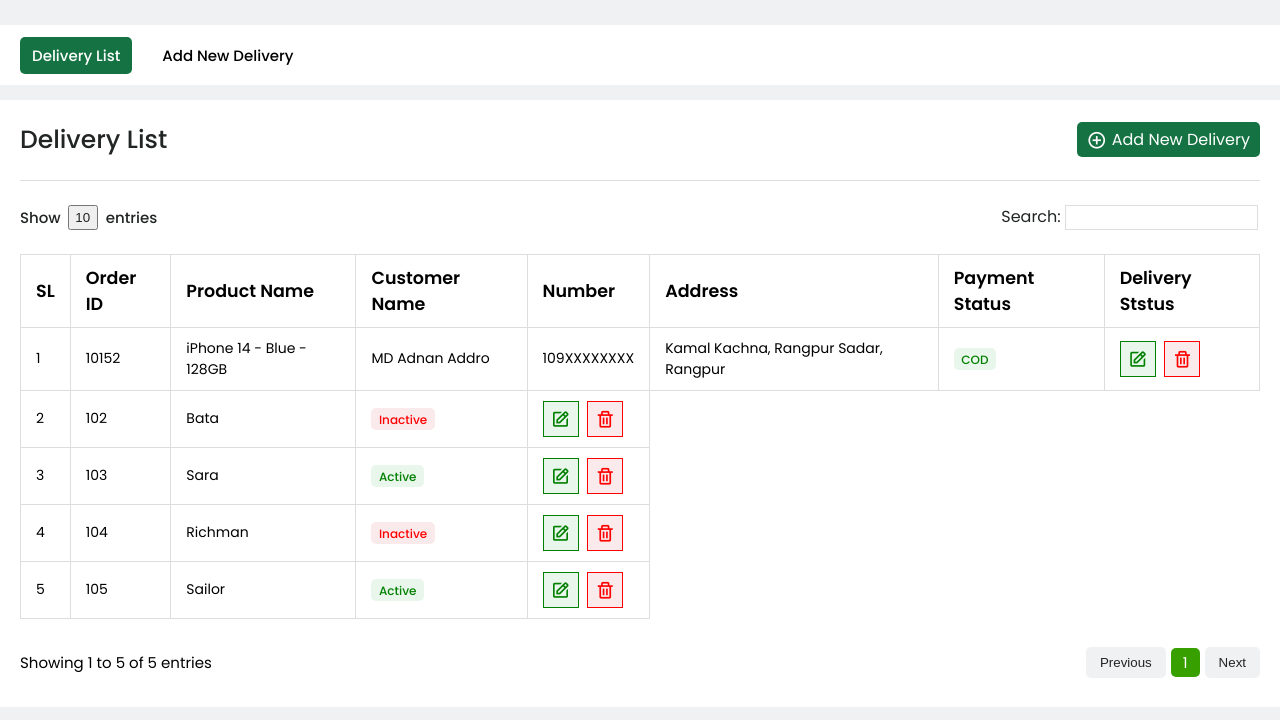
Repository: codebyaddro/delivery-page
Page: delivery.html
These files come from the project's save history. The page is drawn as it stood at one moment and after a run of saves; the edit follows.
The browser window is 1280 px wide. The pictures show the whole page.

Above is the page before, as saved 2025-02-27 13:56:32.

### delivery.html
<!DOCTYPE html>
<html lang="en">
<head>
    <meta charset="UTF-8">
    <meta name="viewport" content="width=device-width, initial-scale=1.0">
    <link rel="stylesheet" href="/delivery.css">
    <link href='https://unpkg.com/boxicons@2.1.4/css/boxicons.min.css' rel='stylesheet'>
    <title>Document</title>
</head>
<body>
    <div class="brand-container">
        <div class="top-menus">
            <ul>
                <li><a href="/index.html" class="active-menu">Delivery List</a></li>
                <li><a href="/inner-page/html/anb.html" class="light-up">Add New Delivery</a></li>
            </ul>
        </div>
        <div class="list-container">
            <div class="heading-add-new-btn">
                <div class="heading">
                    <h2>Delivery List</h2>
                </div>
                <div class="add-new-btn">
                    <i class='add-icon bx bx-plus-circle'></i>
                    <a href="/inner-page/html/anb.html">Add New Delivery</a>
                </div>
            </div>
            <div class="list-short-dpdwn-search-box">
                <div class="list-short-dpdwn">
                    <h3>Show</h3>
                    <select name="10" id="">
                        <option value="">10</option>
                        <option value="">20</option>
                        <option value="">30</option>
                        <option value="">All</option>
                    </select>
                    <h3>entries</h3>
                </div>
                <div class="search-box">
                    <legend>Search: <input type="text"></legend>
                </div>
            </div>
            <div class="table-list">
                <table>
                    <thead>
                        <tr>
                            <th title="SL">SL</th>
                            <th title="Code">Order ID</th>
                            <th title="Code">Product Name</th>
                            <th title="Code">Customer Name</th>
                            <th title="Category Name">Number</th>
                            <th title="Category Name">Address</th>
                            <th title="Status">Payment Status</th>
                            <th title="Action">Delivery Ststus</th>
                        </tr>
                    </thead>
                    <tbody>
                        <tr>
                            <td>1</td>
                            <td>10152</td>
                            <td>iPhone 14 - Blue - 128GB</td>
                            <td>MD Adnan Addro</td>
                            <td>109XXXXXXXX</td>
                            <td>Kamal Kachna, Rangpur Sadar, Rangpur</td>
                            <td><span class="active">COD</span></td>
                            <td>
                                <a title="Edit" href="#"><i class='edit-icon bx bx-edit'></i></a>
                                <a title="Delete" href="#"><i class='delete-icon bx bx-trash'></i></a>
                            </td>
                        </tr>
                        <tr>
                            <td>2</td>
                            <td>102</td>
                            <td>Bata</td>
                            <td><span class="inactive">Inactive</span></td>
                            <td>
                                <a title="Edit" href="#"><i class='edit-icon bx bx-edit'></i></a>
                                <a title="Delete" href="#"><i class='delete-icon bx bx-trash'></i></a>
                            </td>
                        </tr>
                        <tr>
                            <td>3</td>
                            <td>103</td>
                            <td>Sara</td>
                            <td><span class="active">Active</span></td>
                            <td>
                                <a title="Edit" href="#"><i class='edit-icon bx bx-edit'></i></a>
                                <a title="Delete" href="#"><i class='delete-icon bx bx-trash'></i></a>
                            </td>
                        </tr>
                        <tr>
                            <td>4</td>
                            <td>104</td>
                            <td>Richman</td>
                            <td><span class="inactive">Inactive</span></td>
                            <td>
                                <a title="Edit" href="#"><i class='edit-icon bx bx-edit'></i></a>
                                <a title="Delete" href="#"><i class='delete-icon bx bx-trash'></i></a>
                            </td>
                        </tr>
                        <tr>
                            <td>5</td>
                            <td>105</td>
                            <td>Sailor</td>
                            <td><span class="active">Active</span></td>
                            <td>
                                <a title="Edit" href="#"><i class='edit-icon bx bx-edit'></i></a>
                                <a title="Delete" href="#"><i class='delete-icon bx bx-trash'></i></a>
                            </td>
                        </tr>
                    </tbody>
                </table>
            </div>
            <div class="entries-details-list-page-btn">
                <div class="entries-details">
                    Showing <span>1</span> to <span>5</span> of <span>5</span> entries
                </div>
                <div class="list-page-btn">
                    <button>Previous</button>
                    <h4><span>1</span></h4>
                    <button>Next</button>
                </div>
            </div>
        </div>
    </div>
</body>
</html>

### delivery.css
/* -- fonts -- */
@import url('https://fonts.googleapis.com/css2?family=Poppins:ital,wght@0,100;0,200;0,300;0,400;0,500;0,600;0,700;0,800;0,900;1,100;1,200;1,300;1,400;1,500;1,600;1,700;1,800;1,900&family=Raleway:ital,wght@0,100..900;1,100..900&family=Roboto:ital,wght@0,100;0,300;0,400;0,500;0,700;0,900;1,100;1,300;1,400;1,500;1,700;1,900&family=VT323&display=swap');

/* -- root -- */

:root {
    --gray-white: #F0F1F2;
    --white: #FFFFFF;
    --black: #000000;
    --gray-black: #DDDDDD;
    --light-black: #212523;
    --light-black-op: #21252350;
    --main-green: #157343;
    --main-light: #37A000;
    --light-orange: #FD7E14;
    --green: #008000;
    --light-green: #e9f6ec;
    --red: #FF0000;
    --light-red: #fbeaec;
}

/* ---------- */

* {
    box-sizing: border-box;
}

body {
    margin: 0;
    padding: 0;
    font-family: "Poppins", serif;
    background-color: var(--gray-white);
}

::selection {
    color: var(--white);
    background-color: var(--main-light);
}

/* -- category container style -- */

.brand-container {
    width: 100%;
    margin-top: 25px;
}

/* -- top menus style--  */

.top-menus {
    background-color: var(--white);
    display: flex;
    justify-content: left;
    align-items: center;
    height: 60px;
    margin-bottom: 15px;
}

.top-menus ul {
    list-style-type: none;
    display: flex;
    gap: 30px;
    margin-left: -20px;
}

.top-menus ul li a {
    text-decoration: none;
    color: var(--black);
    font-size: 15px;
    font-weight: 500;
}

/* -- active menu style -- */

.active-menu {
    color: var(--white)!important;
    background-color: var(--main-green);
    padding: 8px 12px;
    border-radius: 5px;
}

/* -- menu hover style -- */

.light-up:hover {
    color: var(--light-orange);
}

/* -- list container style -- */

.list-container {
    background-color: var(--white);
    padding: 0px 20px;
}

/* -- heading-add-new-btn style -- */

.heading-add-new-btn {
    display: flex;
    justify-content: space-between;
    align-items: center;
    border-bottom: 1px solid var(--gray-black) ;
}

.heading h2 {
    color: var(--light-black);
    font-size: 25px;
    font-weight: 500;
}

/* -- add-new-btn style -- */

.add-new-btn {
    display: flex;
    gap: 5px;
    justify-content: baseline;
    align-items: center;
}

.add-new-btn {
    background-color: var(--main-green);
    padding: 5px 10px;
    border-radius: 5px;
}

.add-new-btn a {
    color: var(--white);
    text-decoration: none;
}

.add-icon {
    color: var(--white);
    font-size: 20px;
}

/* -- list-short-dpdwn-search-box style -- */

.list-short-dpdwn-search-box {
    display: flex;
    justify-content: space-between;
    align-items: center;
    padding: 10px 0px;
}

/* -- list-short-dpdwn style -- */

.list-short-dpdwn {
    display: flex;
    gap: 7.5px;
    align-items: center;
}

.list-short-dpdwn h3 {
    color: var(--light-black);
    font-size: 15px;
    font-weight: 500;
}

.list-short-dpdwn select {
    color: var(--light-black);
    appearance: none;
    height: 25px;
    width: 30px;
    padding-left: 6px;
    outline: none;
    border-radius: 2.5px;
}

/* -- search-box style -- */

.search-box {
    display: flex;
    align-items: center;
}

.search-box legend {
    color: var(--light-black);
}

.search-box input {
    outline: none;
    height: 25px;
    width: 193px;
    border: 1px solid var(--gray-black);
}

/* -- table-list style --*/

table {
    border-collapse: collapse;
    width: 100%;
}

/* -- thead style -- */

thead {
    cursor: pointer;
}

th, td {
    border: 1px solid var(--gray-black);
    padding: 10px 15px;
}

thead tr th {
    font-size: 17.5px;
    font-weight: 600;
    text-align: left;
}

tbody tr td {
    font-size: 14px;
}

tbody tr:hover {
    background-color: var(--gray-white);
}

/* -- tbody style -- */

/* status style */

.active {
    color: var(--green);
    background-color: var(--light-green);
    font-size: 12px;
    font-weight: 500;
    padding: 2.5px 7.5px;
    border-radius: 5px;
}

.inactive {
    color: var(--red);
    background-color: var(--light-red);
    font-size: 12px;
    font-weight: 500;
    padding: 2.5px 7.5px;
    border-radius: 5px;
}

/* -- action style -- */

.edit-icon {
    color: var(--green);
    background-color: var(--light-green);
    padding: 7px 7px;
    margin-right: 2.5px;
    border: 1px solid var(--green);
    font-size: 20px;
}

.edit-icon:hover {
    background-color: var(--light-black-op);
}

.delete-icon {
    color: var(--red);
    background-color: var(--light-red);
    padding: 7px 7px;
    margin-left: 2.5px;
    border: 1px solid var(--red);
    font-size: 20px;
}

.delete-icon:hover {
    background-color: var(--light-black-op);
}

/* -- entries-details-list-page-btn style -- */

.entries-details-list-page-btn {
    display: flex;
    justify-content: space-between;
    align-items: center;
    padding: 10px 0px;
}

.entries-details {
    color: var(--black);
    font-size: 15px;
}

.list-page-btn {
    display: flex;
    gap: 5px;
    align-items: center;
}

.list-page-btn button {
    color: var(--light-black);
    background-color: var(--gray-white);
    padding: 8px 14px;
    border: none;
    border-radius: 5px;
    cursor: pointer;
}

.list-page-btn h4 {
    color: var(--white);
    background-color: var(--main-light);
    font-size: 15px;
    font-weight: 400;
    padding: 3px 12px;
    border-radius: 5px;
}

After the next 6 saves:
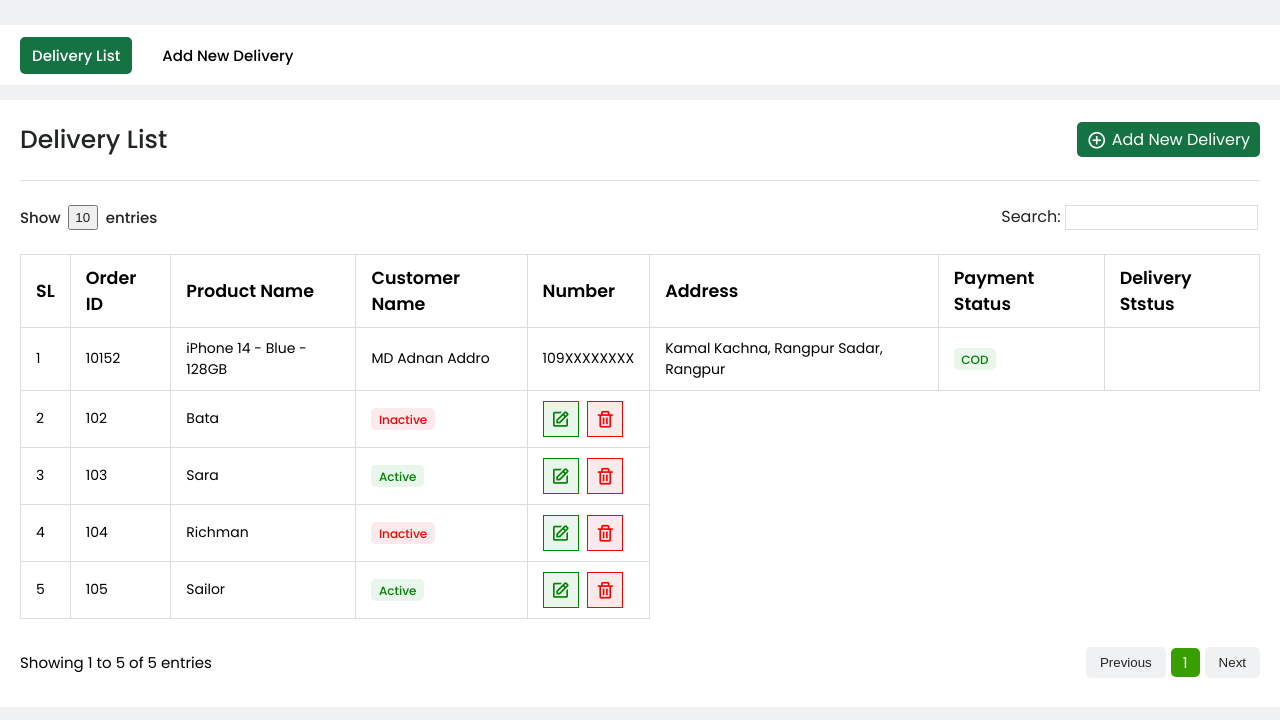
The 6 saves are shown as one change because they came seconds apart.
The last was saved 15 s later.
--- a/delivery.html
+++ b/delivery.html
@@ -63,10 +63,7 @@
                             <td>109XXXXXXXX</td>
                             <td>Kamal Kachna, Rangpur Sadar, Rangpur</td>
                             <td><span class="active">COD</span></td>
-                            <td>
-                                <a title="Edit" href="#"><i class='edit-icon bx bx-edit'></i></a>
-                                <a title="Delete" href="#"><i class='delete-icon bx bx-trash'></i></a>
-                            </td>
+                            <td></td>
                         </tr>
                         <tr>
                             <td>2</td>
